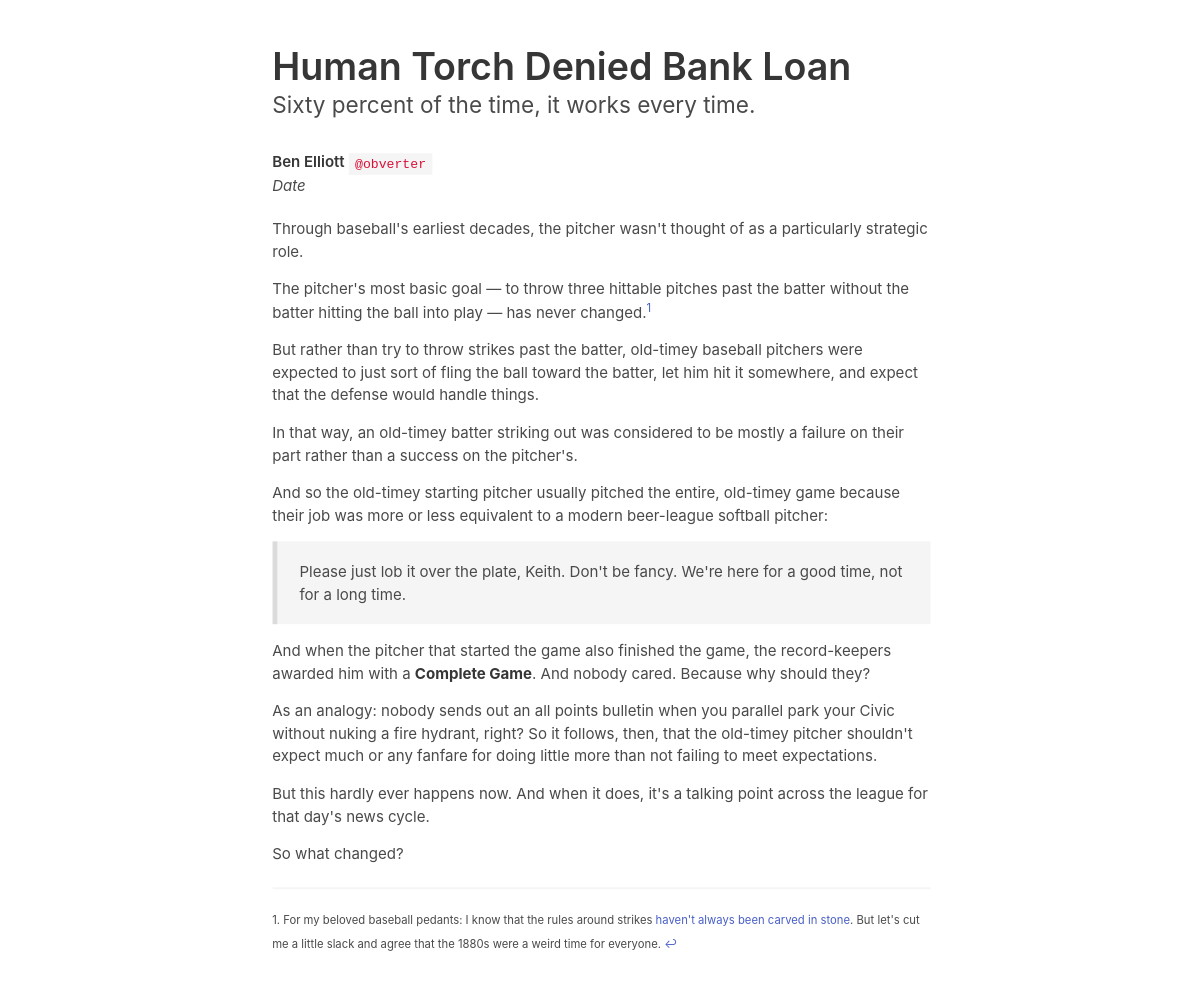
Repository: obverter/complete-games-are-done
Page: index.html
The author's editor kept a copy of each file at every save. The page is drawn from the files as they stood at one save, then again after the next save.
The browser window is 1280 px wide. The pictures show the whole page, at 94% of full size.

Above is the page before, as saved 2022-06-24 16:42:25.

### index.html
<!DOCTYPE html>
<html>
    <head>
        <meta charset="utf-8" />
        <meta name="viewport" content="width=device-width, initial-scale=1" />
        <title>Story!</title>
        <!-- todo: Title above is the text in the browser tab. -->
        <link
            rel="stylesheet"
            href="https://cdn.jsdelivr.net/npm/bulma@0.9.4/css/bulma.min.css"
        />
    </head>
    <body>
        <section class="section">
            <div class="content is-0">
                <div class="columns">
                    <div class="column is-one-fifth"></div>
                    <div class="column is-three-fifths">
                        <h1 class="title is-2">Human Torch Denied Bank Loan</h1>
                        <!-- todo: Title above is the Content title. -->
                        <p class="subtitle is-4">
                            Sixty percent of the time, it works every time.
                            <!-- todo: Subtitle above is the Content subtitle. -->
                        </p>
                    </div>
                    <!-- <div class="column is-one-fifth"></div> -->
                </div>
            </div>
            <div class="columns">
                <div class="column is-one-fifth"></div>
                <div class="column is-three-fifths">
                    <h6 class="title is-6">
                        Ben Elliott <code>@obverter</code>
                    </h6>
                    <h6 class="subtitle is-6"><em>Date</em></h6>
                    <div class="content">
                        <p>
                            Through baseball's earliest decades, the pitcher
                            wasn't thought of as a particularly strategic role.
                        </p>
                        <p>
                            The pitcher's most basic goal — to throw three
                            hittable pitches past the batter without the batter
                            hitting the ball into play — has never changed.<sup><a href="#fn1" id="ref1">1</a></sup>
                        </p>
                        <p>
                            But rather than try to throw strikes past the
                            batter, old-timey baseball pitchers were expected to
                            just sort of fling the ball toward the batter, let
                            him hit it somewhere, and expect that the defense
                            would handle things.
                        </p>
                        <p>
                            In that way, an old-timey batter striking out was
                            considered to be mostly a failure on their part
                            rather than a success on the pitcher's.
                        </p>
                        <p>
                            And so the old-timey starting pitcher usually
                            pitched the entire, old-timey game because their job was more or less equivalent to a modern beer-league softball pitcher:
                        </p>
                            <blockquote>Please just lob it over the plate, Keith. Don't be fancy. We're here for a good time, not for a long time.</blockquote>
                        <p>
                            And when the pitcher that started the game also
                            finished the game, the record-keepers awarded him
                            with a <strong>Complete Game</strong>. And nobody
                            cared. Because why should they?
                        </p>
                        <p>
                            As an analogy: nobody sends out an all points
                            bulletin when you parallel park your Civic without
                            nuking a fire hydrant, right? So it follows, then,
                            that the old-timey pitcher shouldn't expect much or
                            any fanfare for doing little more than not failing
                            to meet expectations.
                        </p>
                        <p>
                            But this hardly ever happens now. And when it does,
                            it&#39;s a talking point across the league for that
                            day&#39;s news cycle.
                        </p>
                        <p>So what changed?</p>

                        <hr></hr>

<sup id="fn1">1. For my beloved baseball pedants: I know that the rules around strikes <a href="https://www.baseball-almanac.com/articles/strike_zone_rules_history.shtml">haven't always been carved in stone</a>. But let's cut me a little slack and agree that the 1880s were a weird time for everyone. <a href="#ref1" title="Jump back to footnote 1 in the text.">↩</a></sup>
                    </div>
                </div>
                <div class="column is one-fifth"></div>
            </div>
        </section>
    </body>
</html>

After the next save:
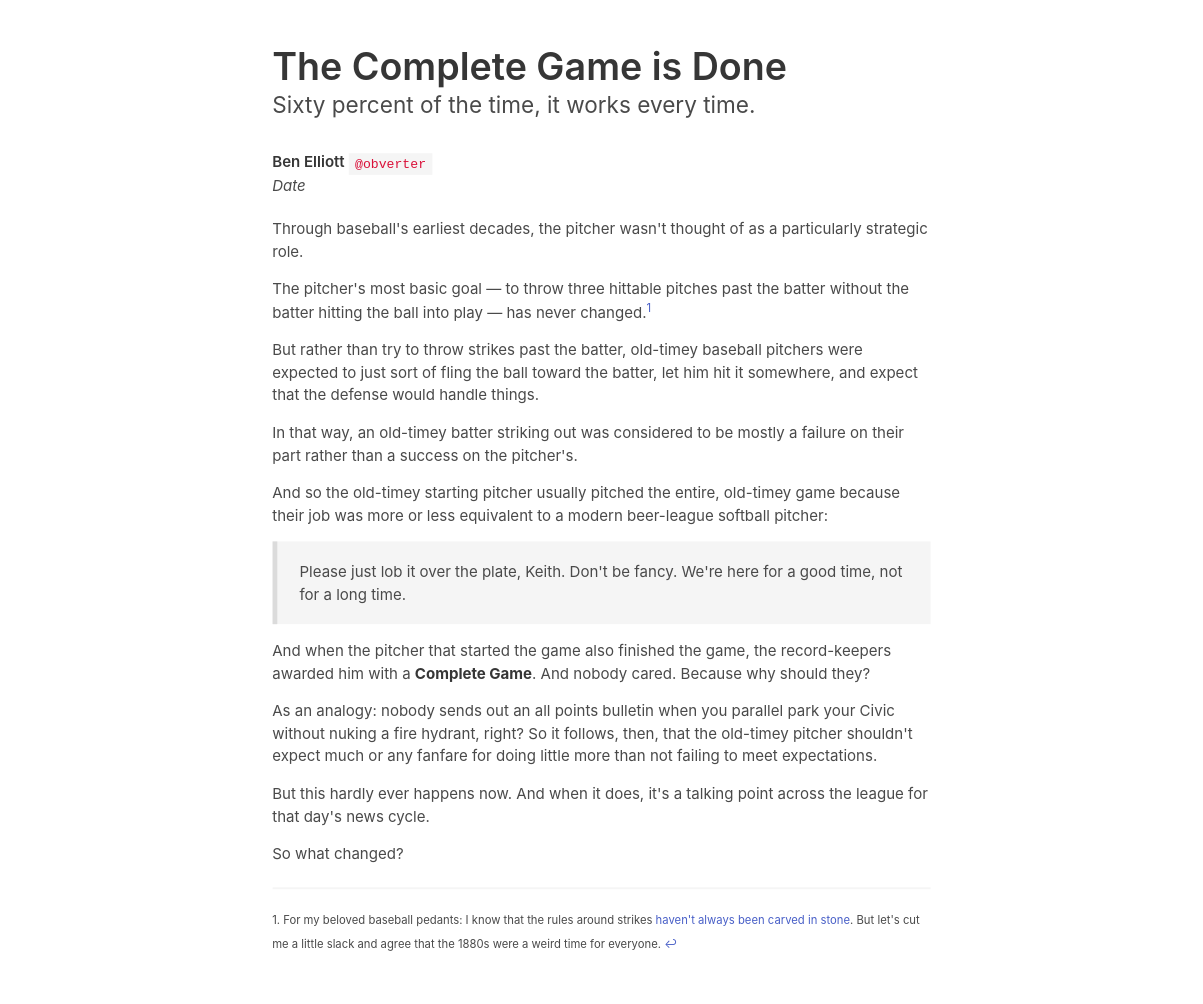
Saved 50 s later.
--- a/index.html
+++ b/index.html
@@ -16,7 +16,7 @@
                 <div class="columns">
                     <div class="column is-one-fifth"></div>
                     <div class="column is-three-fifths">
-                        <h1 class="title is-2">Human Torch Denied Bank Loan</h1>
+                        <h1 class="title is-2">The Complete Game is Done</h1>
                         <!-- todo: Title above is the Content title. -->
                         <p class="subtitle is-4">
                             Sixty percent of the time, it works every time.
